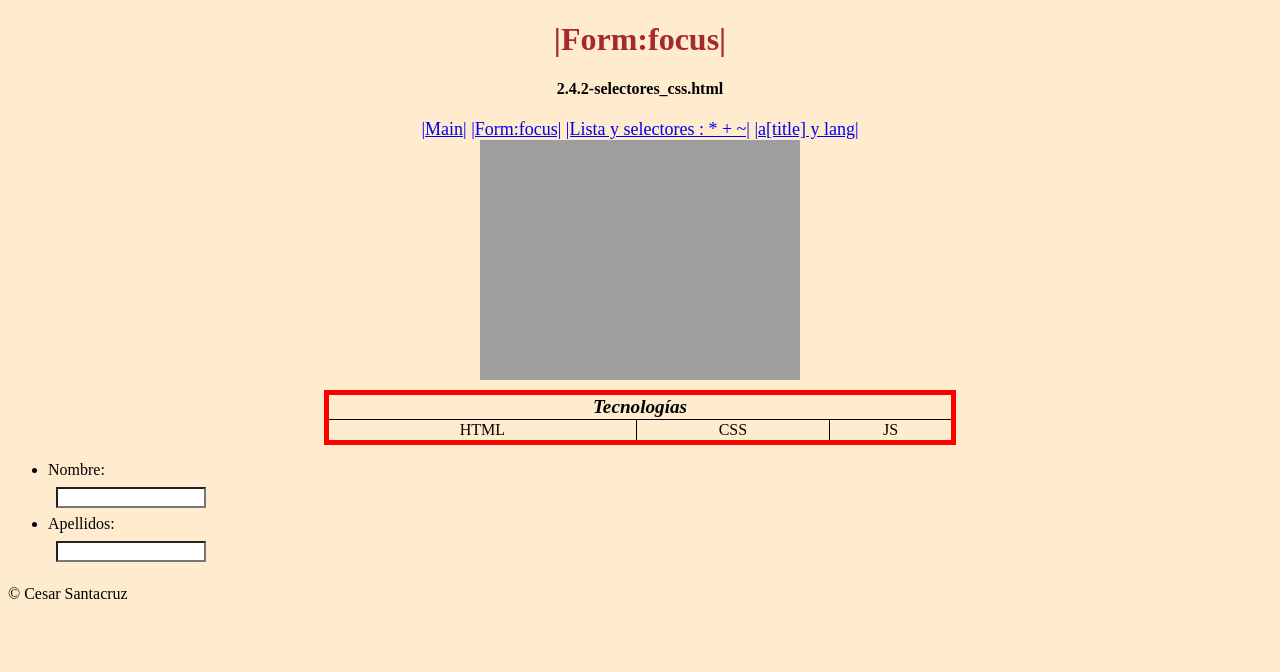
Repository: cesarsant0203/My_Study
Page: Introducción al desarrollo web/2-Css/2.4.2-selectores_css.html
An editor plug-in stored every save of this project. The page is shown before and after the next save, followed by the edit.
The browser window is 1280 px wide. The pictures show the whole page.
Pictures or frames that could not be fetched are drawn as grey boxes.

Above is the page before, as saved 2020-04-28 19:51:41.

### Introducción al desarrollo web/2-Css/2.4.2-selectores_css.html
<!DOCTYPE html>
<html lang="es">

<head>
    <meta charset="utf-8" />
    <title> Selectores CSS </title>
    <link href="2.4.2-selectores_css.css" rel="stylesheet" />
</head>

<body>

    <h1 id="titulo">|Form:focus|</h1>
    <h4>2.4.2-selectores_css.html</h4>
    <section id="mySection" class="box">
        <nav>
            <a href="2.4-selectores_css.html">|Main|</a>
            <a href="2.4.2-selectores_css.html">|Form:focus|</a>
            <a href="2.4.3-selectores_css.html">|Lista y selectores : * + ~|</a>
            <a href="2.4.4-selectores_css.html">|a[title] y lang|</a>
        </nav>
    </section>
    <section>
        <img src="https://applauss.com/wp-content/uploads/2016/01/gifs-animados-13.gif" title="gifPacman" class="gif"/>
    </section>
    <section>
        <table id="tec">
            <thead>
                <td colspan="3"><em><strong>Tecnologías</strong></em></td>
            </thead>
            <tbody>
                <tr>
                    <td>HTML</td>
                    <td>CSS</td>
                    <td>JS</td>
                </tr>
            </tbody>
        </table>
    </section>
    <article>
        <form action="...">
            <ul>
                <li>
                    <label id="lname" for="name">Nombre: </label> <br/>
                    <input type="text" id="name" />
                </li>
                <li>
                    <label id="lsname" for="sname">Apellidos:</label> <br/>
                    <input type="text" id="sname" />
                </li>
            </ul>
        </form>
    </article>
    <footer>
        &copy Cesar Santacruz
    </footer>

</body>

</html>

### Introducción al desarrollo web/2-Css/2.4.2-selectores_css.css
*{
    background-color: blanchedalmond;
}
h1#titulo, h4, section#mySection {
    text-align: center;
}
h1 {
    color: brown;
}
section#mySection{
    font-size: large;
}
img.gif {
    width: 320px;
    height: 240px;
    display: block;
    margin: auto;
}
table#tec {
    border: red 5px solid;
    border-collapse: collapse;
    width: 50%;
    text-align: center;
    margin-left: auto;
    margin-right: auto;
    margin-top: 10px;
}
thead {
    font-size: larger;
}
td{
    border: black 1px solid;
}
form :focus {
    border: 2px solid rgb(0, 82, 175);
}
p:first-of-type{
    font-weight: bold;
}

input#name, input#sname{
    background-color: white;
        margin: 0.2cm;
        width: 150px;
        box-sizing: border-box;
}

After the next save:
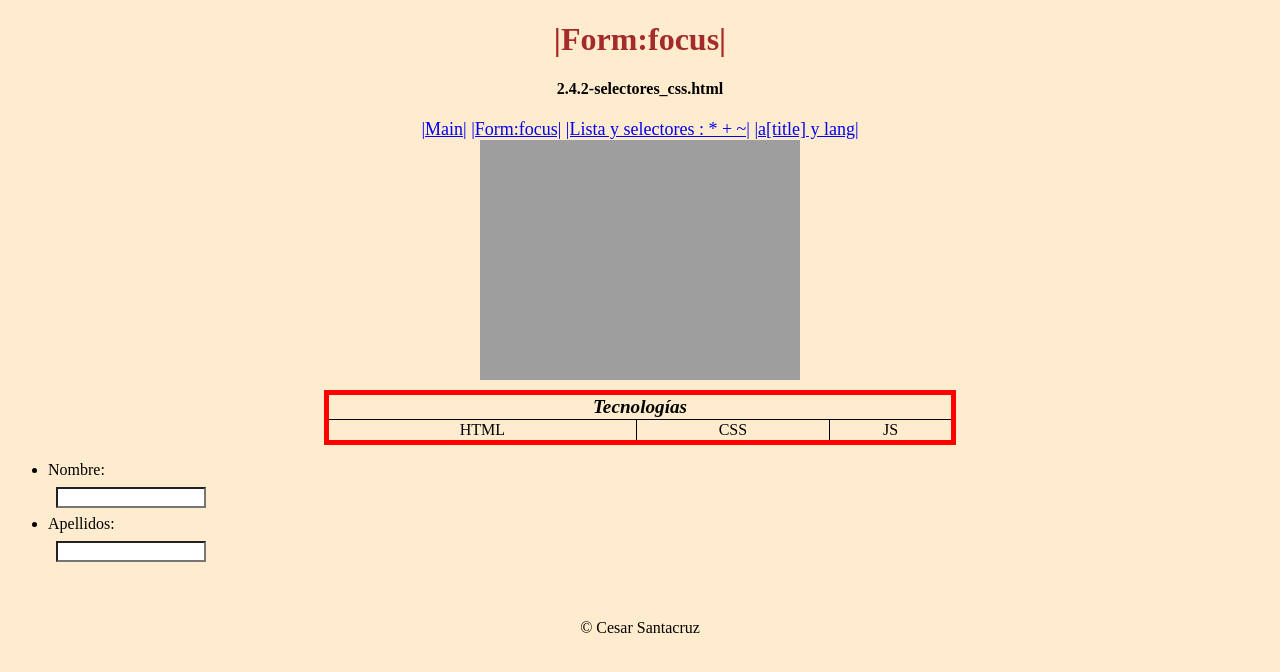
Saved 13 s later.
--- a/Introducción al desarrollo web/2-Css/2.4.2-selectores_css.css
+++ b/Introducción al desarrollo web/2-Css/2.4.2-selectores_css.css
@@ -44,3 +44,9 @@ input#name, input#sname{
         width: 150px;
         box-sizing: border-box;
 }
+footer {
+    position: relative;
+    margin-top: 50px;
+    text-align: center;
+    height: 30px;
+}
